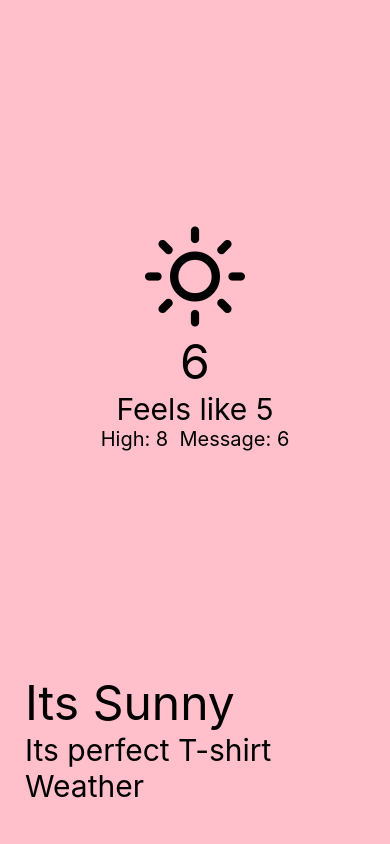
Repository: akinmiday/fcc
Screen: / (app in WeatherApp/)
An editor plug-in stored every save of this project. The screen is shown before and after the next save, followed by the edit.
The app was drawn by React Native's web renderer in a window 390 px wide. The project was rebuilt for these pictures with package versions that can differ from the ones it lists, and the page was loaded fresh each time. Also part of the build but not shown: WeatherApp/src/components/ListItem.js, WeatherApp/src/components/screens/UpcomingWeather.js, WeatherApp/src/components/IconText.js, WeatherApp/src/components/screens/City.js.

Above is the screen before, as saved 2023-07-20 04:51:36.

### WeatherApp/App.js
import React from "react"
import { View, StyleSheet } from "react-native"
import CurrentWeather from "./src/components/screens/CurrentWeather"
import UpcomingWeather from "./src/components/screens/UpcomingWeather"
import City from "./src/components/screens/City"

const App = () => {
  return (
    <View style={styles.container}>
      <CurrentWeather />
    </View>
  )
}

const styles = StyleSheet.create({
  container: {
    flex: 1
  }
})

export default App

### WeatherApp/src/components/screens/CurrentWeather.js
import React from "react"
import { View, Text, SafeAreaView, StyleSheet } from "react-native"
import { Feather } from "@expo/vector-icons"
import RowText from "../RowText"

const CurrentWeather = () => {
  const {
    wrapper,
    container,
    highLowWrapper,
    highLow,
    feels,
    temp,
    bodyWrapper,
    description,
    message
  } = styles
  return (
    <SafeAreaView style={wrapper}>
      <View style={container}>
        <Feather name="sun" size={100} color="#000" />
        <Text style={temp}>6</Text>
        <Text style={feels}>Feels like 5</Text>

        <RowText
          messageOne={"High: 8 "}
          messageTwo={" Message: 6"}
          containerStyles={highLowWrapper}
          messageOneStyles={highLow}
          messageTwoStyles={highLow}
        />
      </View>

      <RowText
        messageOne={"Its Sunny"}
        messageTwo={"Its perfect T-shirt Weather"}
        containerStyles={bodyWrapper}
        messageOneStyles={description}
        messageTwoStyles={message}
      />
      {/* <View style={bodyWrapper}>
        <Text style={description}>Its sunny</Text>
        <Text style={message}>Its perfect t-shirt weather</Text>
      </View> */}
    </SafeAreaView>
  )
}

const styles = StyleSheet.create({
  wrapper: {
    flex: 1,
    backgroundColor: "pink"
  },
  container: {
    flex: 1,
    alignItems: "center",
    justifyContent: "center"
  },
  temp: {
    color: "#000",
    fontSize: 48
  },
  feels: {
    fontSize: 30,
    color: "#000"
  },
  highLow: {
    color: "#000",
    fontSize: 20
  },
  highLowWrapper: {
    flexDirection: "row"
  },
  bodyWrapper: {
    justifyContent: "flex-end",
    alignItems: "flex-start",
    paddingLeft: 25,
    marginBottom: 40
  },
  description: {
    fontSize: 48
  },
  message: {
    fontSize: 30
  }
})

export default CurrentWeather

### WeatherApp/src/components/RowText.js
import React from "react"
import { View, Text, StyleSheet } from "react-native"

const RowText = (props) => {
  const {
    messageOne,
    messageTwo,
    containerStyles,
    messageOneStyles,
    messageTwoStyles
  } = props
  return (
    <View style={containerStyles}>
      <Text style={messageOneStyles}>{messageOne}</Text>
      <Text style={messageTwoStyles}>{messageTwo}</Text>
    </View>
  )
}

export default RowText

After the next save:
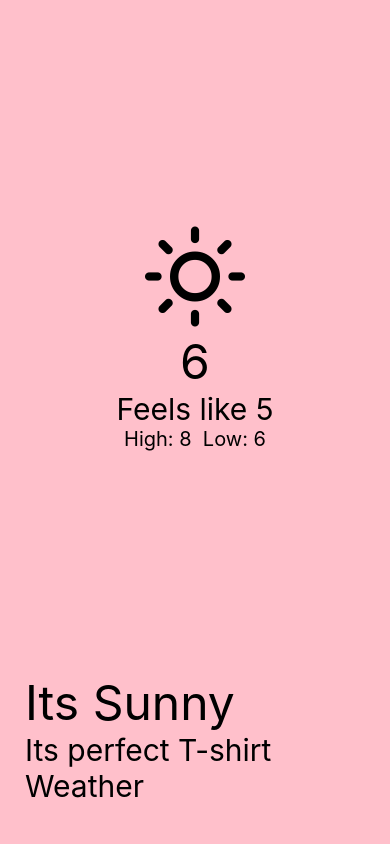
Saved 10 s later.
--- a/WeatherApp/src/components/screens/CurrentWeather.js
+++ b/WeatherApp/src/components/screens/CurrentWeather.js
@@ -24,7 +24,7 @@ const CurrentWeather = () => {
 
         <RowText
           messageOne={"High: 8 "}
-          messageTwo={" Message: 6"}
+          messageTwo={" Low: 6"}
           containerStyles={highLowWrapper}
           messageOneStyles={highLow}
           messageTwoStyles={highLow}
